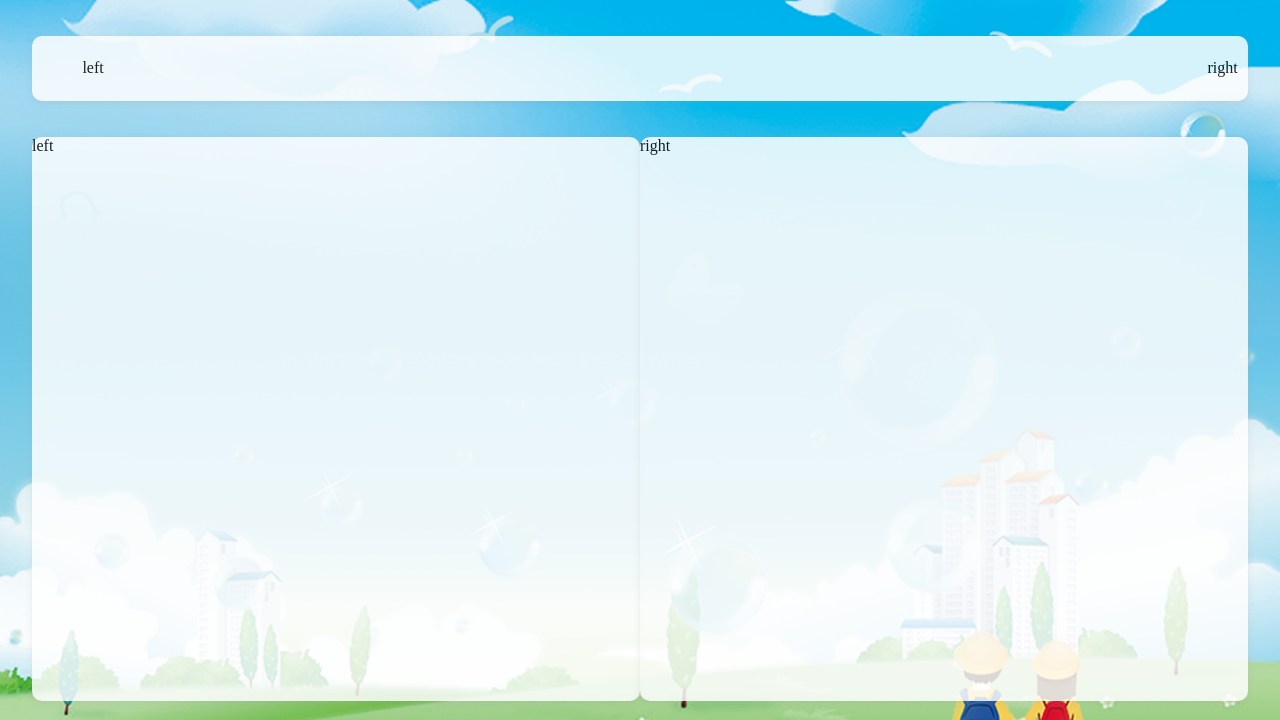
Repository: huangdesheng/classBrand
Page: / (app in classBrand/)
The author's editor kept a copy of each file at every save. The page is drawn from the files as they stood at one save, then again after the next save.
The browser window is 1280 px wide. The pictures show the whole page.
The project was rebuilt for these pictures with package versions that can differ from the ones it lists, and the page was loaded fresh each time.

Above is the page before, as saved 2019-08-23 09:53:22.

### classBrand/index.html
<!DOCTYPE html>
<html>
  <head>
    <meta charset="utf-8">
    <meta name="viewport" content="width=device-width,initial-scale=1.0">
    <title>classbrand</title>
  </head>
  <body>
    <div id="app"></div>
    <!-- built files will be auto injected -->
  </body>
</html>

### classBrand/src/App.vue
<template>
  <div id="app">
    <router-view />
  </div>
</template>

<script>
export default {
  name: "App"
};
</script>

<style lang="less">
.bt {
  width: 100vw;
  height: 100vh;
  background: url(./assets/bg/bg.png);
  background-size: 100% 100%;
  background-repeat: no-repeat;
  background-position: center;
  position: fixed;
  left: 0;
  top: 0;
  display: flex;
  justify-content: center;
  align-items: center;
}
#app {
  .bt;
}
</style>

### classBrand/src/router/index.js
import Vue from 'vue'
import Router from 'vue-router'
import index from '@/views/index'

Vue.use(Router)

export default new Router({
  routes: [{
    path: '/',
    name: 'index',
    component: index
  }]
})

### classBrand/src/views/index/index.vue
<template>
  <div id="index">
    <header>
      <ul>
        <li>left</li>
        <li>right</li>
      </ul>
    </header>
    <section>
      <aside>left</aside>
      <aside>right</aside>
    </section>
  </div>
</template>

<script>
export default {};
</script>

<style lang="less" scoped>
.bt {
  background: rgba(255, 255, 255, 1);
  box-shadow: 0px 2px 7px 0px rgba(161, 157, 157, 0.23);
  opacity: 0.84;
  border-radius: 10px;
}
.flex {
  display: flex;
  justify-content: space-between;
  align-items: center;
}
#index {
  width: 95%;
  height: 90%;
  header {
    .bt;
    height: 10%;
    width: 100%;
    > ul {
      list-style: none;
      width: 95%;
      height: 100%;
      margin: 0 auto;
      display: flex;
      justify-content: space-between;
      align-items: center;
    }
  }
  section {
    .flex;
    width: 100%;
    margin-top: 3%;
    height: 87%;
    aside {
      .bt;
      height: 100%;
      flex: 1;
      &:nth-of-type(1) {
        width: 40%;
      }
    }
  }
}
</style>

Loaded but not shown: classBrand/src/main.js (common file)

After the next save:
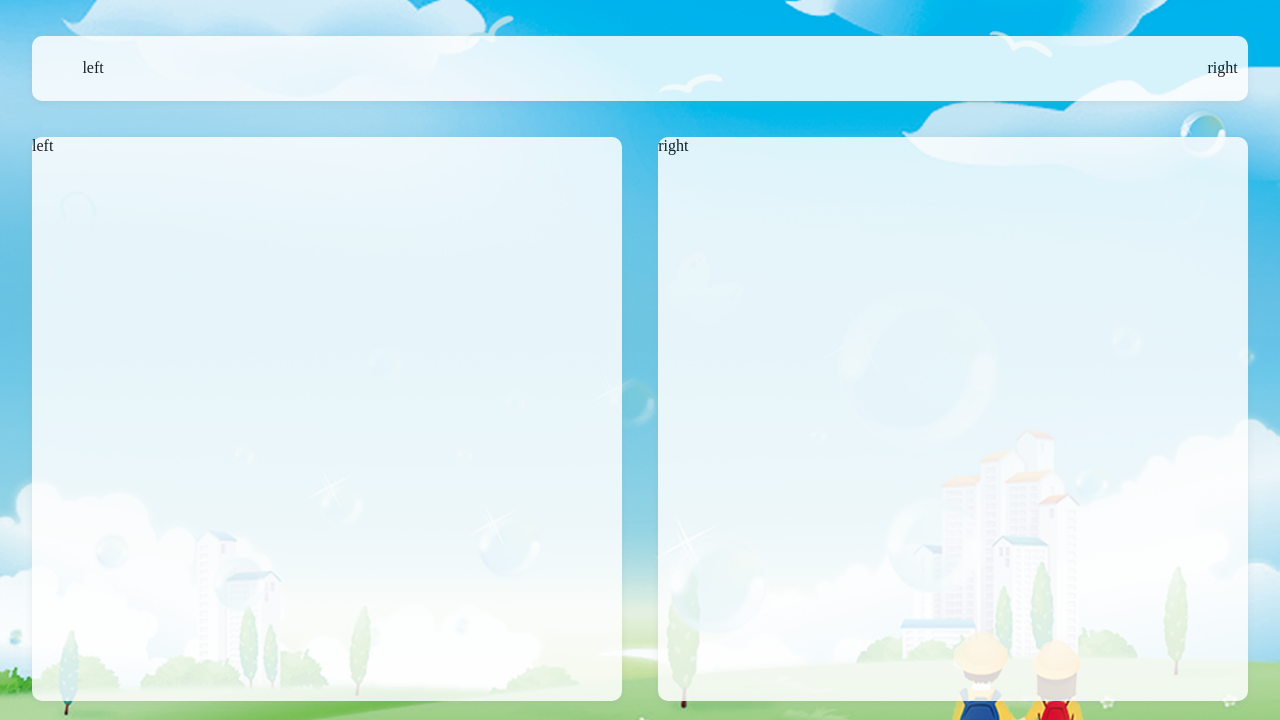
Saved 14 s later.
--- a/classBrand/src/views/index/index.vue
+++ b/classBrand/src/views/index/index.vue
@@ -57,6 +57,7 @@ export default {};
       flex: 1;
       &:nth-of-type(1) {
         width: 40%;
+        margin-right: 3%;
       }
     }
   }
